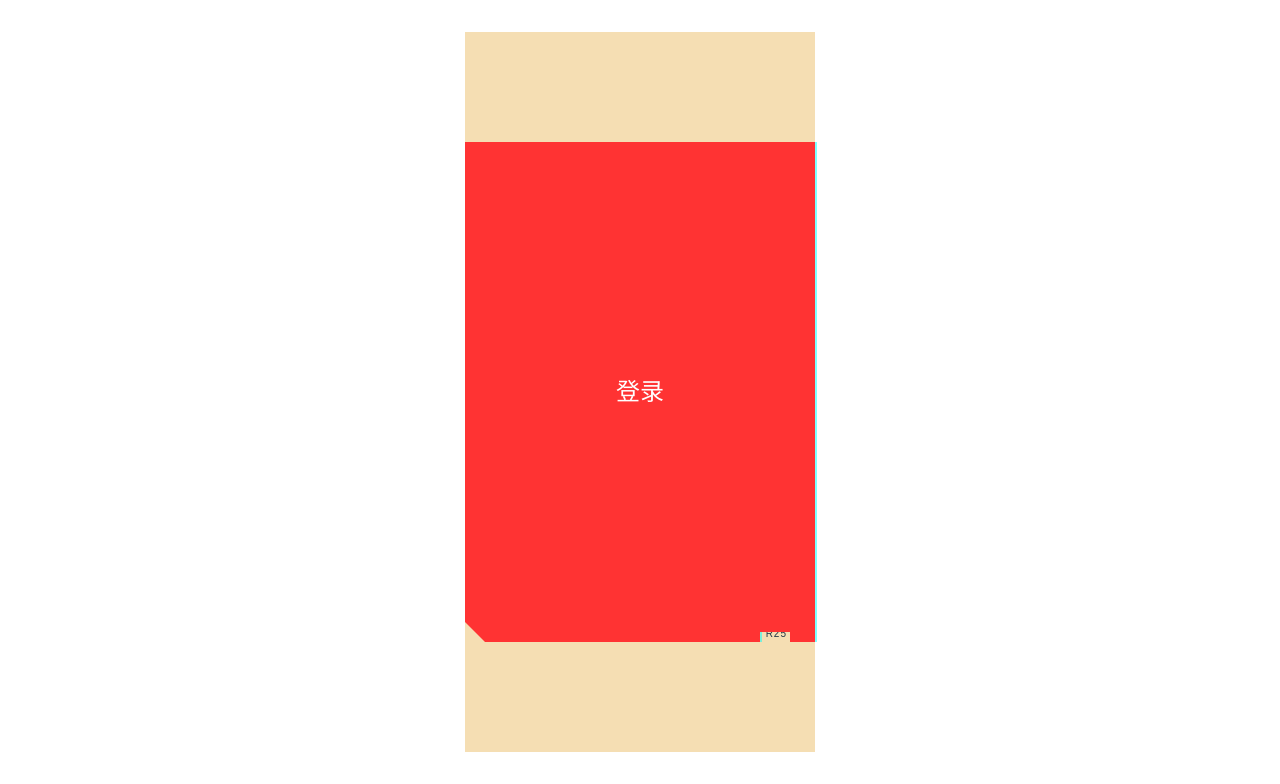
Repository: yezhonghu0503/brainstorming
Page: /
These files come from the project's save history. The page is drawn as it stood at one moment and after the next save; the edit follows.
The browser window is 1280 px wide. The pictures show the whole page.
The project was rebuilt for these pictures with package versions that can differ from the ones it lists, and the page was loaded fresh each time. Also part of the build but not shown: vite.config.ts.

Above is the page before, as saved 2022-10-11 15:52:35.

After the next save:
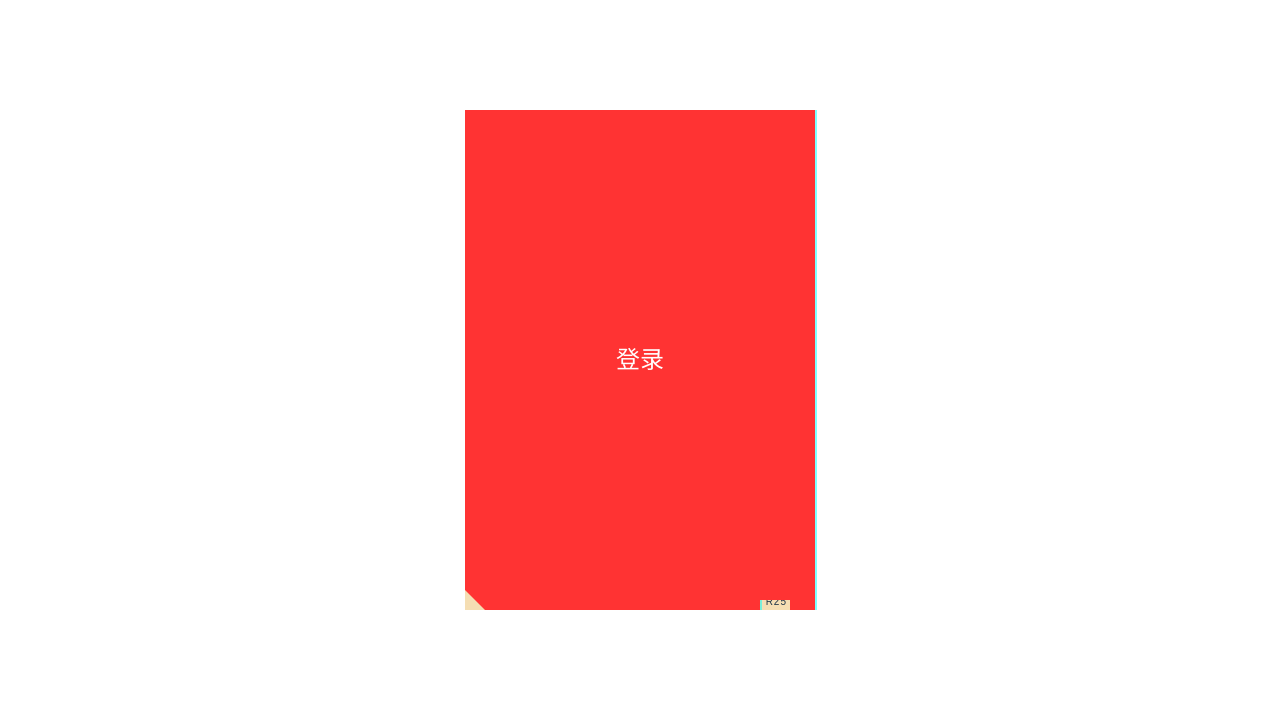
Saved 9 s later.
--- a/src/views/login/2077win/index.vue
+++ b/src/views/login/2077win/index.vue
@@ -27,7 +27,7 @@
 main {
 background: wheat;
   width: 350px;
-  height: 100vh;
+  height: 500px;
   display: flex;
   align-items: center;
   justify-content: center;
